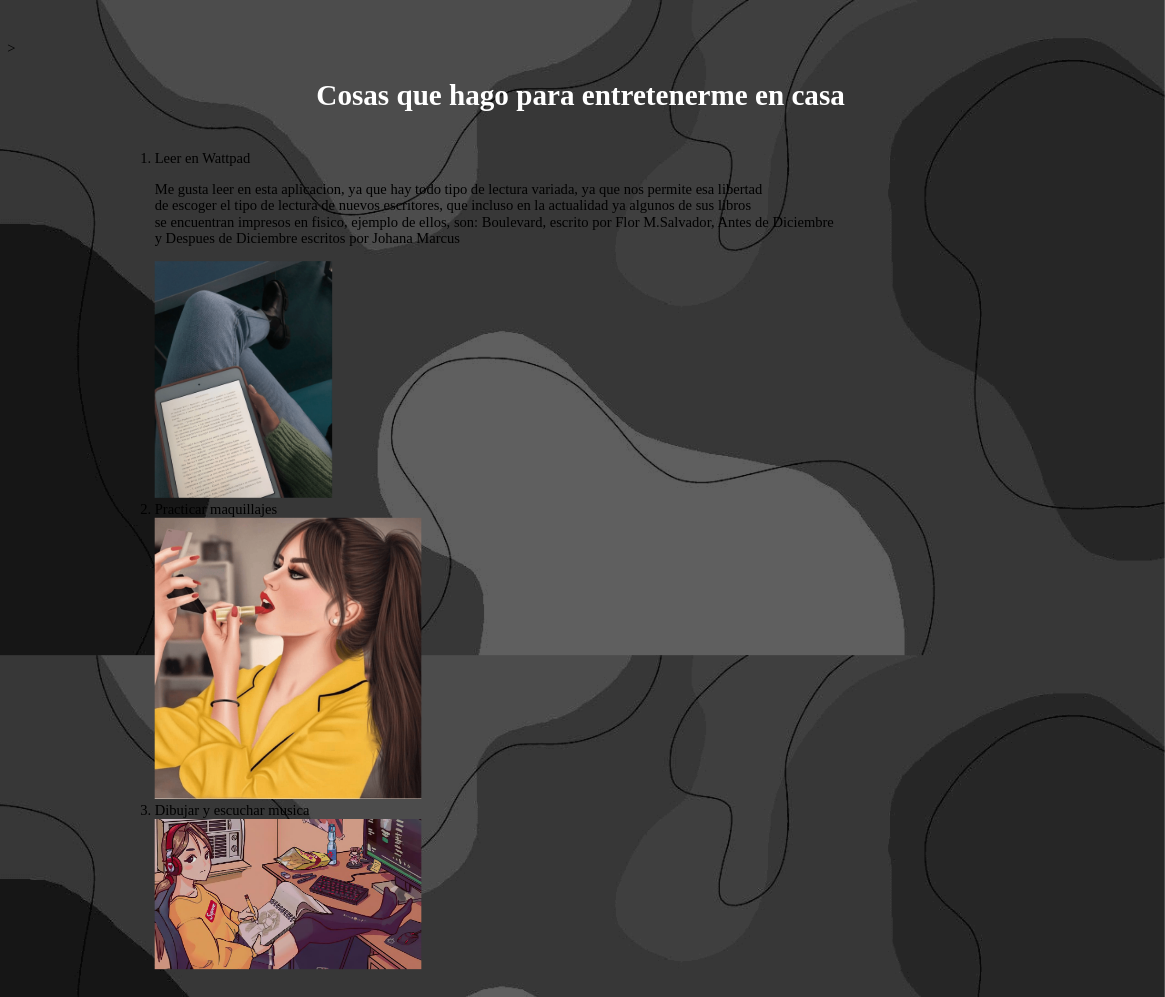
Repository: darlyn-saravia27/portafolio-darlynsaravia
Page: archivoshtml/entretenimiento.html
These files come from the project's save history. The page is drawn as it stood at one moment and after the next save; the edit follows.
The browser window is 1280 px wide. The pictures show the whole page, at 91% of full size.

Above is the page before, as saved 2023-03-05 03:50:45.

### archivoshtml/entretenimiento.html
<!DOCTYPE html>
<html lang="en">
<head>
    <meta charset="UTF-8">
    <meta http-equiv="X-UA-Compatible" content="IE=edge">
    <meta name="viewport" content="width=device-width, initial-scale=1.0">
    <title>Entretenimiento</title>
</head>
<body background="fondo.png">
    <table align="center">
        <tr>
            <td align="center" colspan="4"><h1><font color="white">Cosas que hago para entretenerme en casa
            </font></h1></td>
            <br>
            <br>
            <td></td>
        </tr>>
        <tr>
            <td>
                <ol type="1"><li>Leer en Wattpad</li>
                    <p>Me gusta leer en esta aplicacion, ya que hay todo tipo de lectura variada, ya que nos permite esa libertad<br>
                    de escoger el tipo de lectura de nuevos escritores, que incluso en la actualidad ya algunos de sus libros<br>
                    se encuentran impresos en fisico, ejemplo de ellos, son: Boulevard, escrito por Flor M.Salvador, Antes de Diciembre<br>
                    y Despues de Diciembre escritos por Johana Marcus</p>
                    <img src="Book.png" width="20%" height="20%">
                <li type="1">Practicar maquillajes</li>
                    <img src="art.png" width="30%" height="30%">
                <li type="1">Dibujar y escuchar musica</li>
                    <img src="dibujo.png" width="30%" height="30%">
                </ol>
            </td>

</body>
</html>

After the next save:
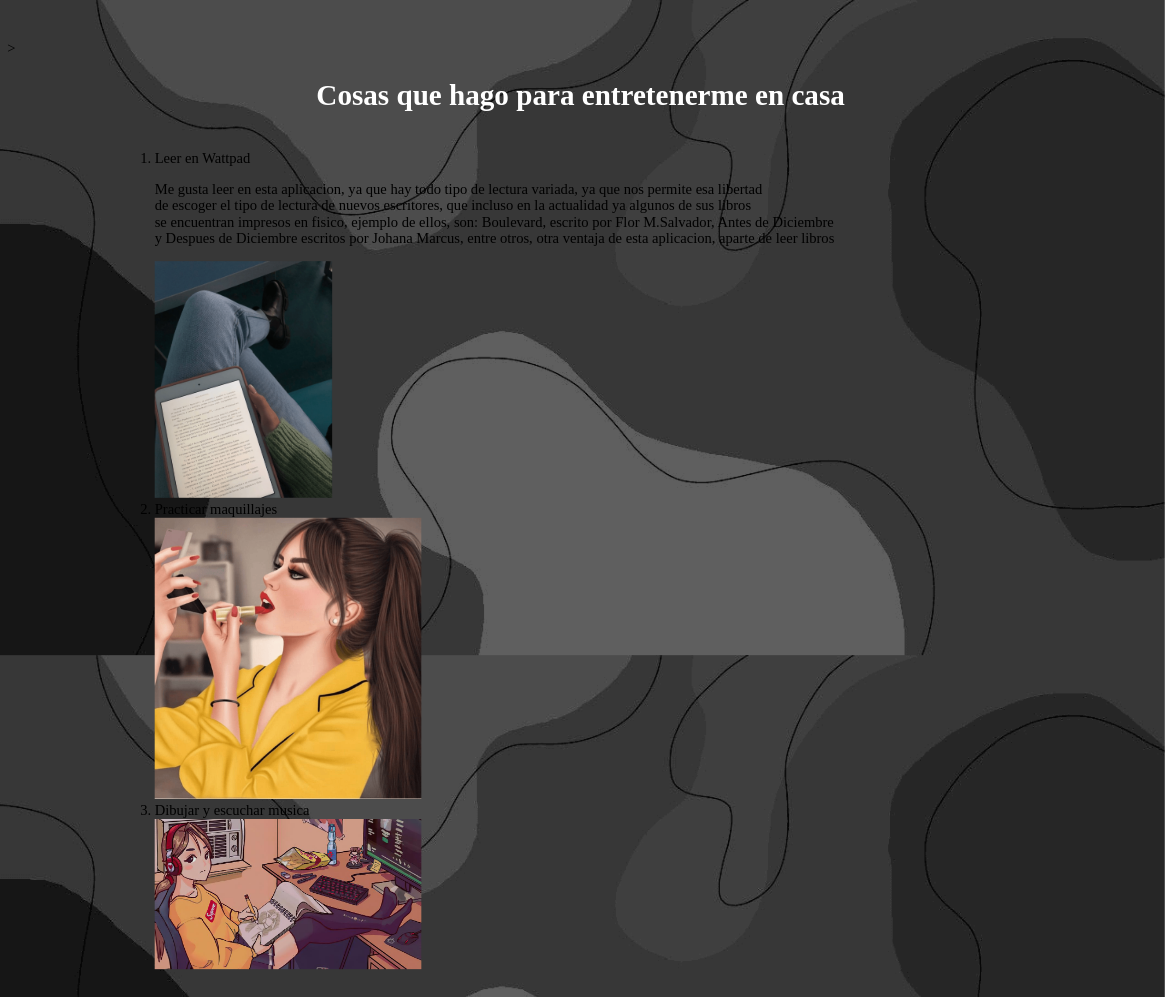
Saved 25 s later.
--- a/archivoshtml/entretenimiento.html
+++ b/archivoshtml/entretenimiento.html
@@ -21,7 +21,8 @@
                     <p>Me gusta leer en esta aplicacion, ya que hay todo tipo de lectura variada, ya que nos permite esa libertad<br>
                     de escoger el tipo de lectura de nuevos escritores, que incluso en la actualidad ya algunos de sus libros<br>
                     se encuentran impresos en fisico, ejemplo de ellos, son: Boulevard, escrito por Flor M.Salvador, Antes de Diciembre<br>
-                    y Despues de Diciembre escritos por Johana Marcus</p>
+                    y Despues de Diciembre escritos por Johana Marcus, entre otros, otra ventaja de esta aplicacion, aparte de leer libros<br>
+                    </p>
                     <img src="Book.png" width="20%" height="20%">
                 <li type="1">Practicar maquillajes</li>
                     <img src="art.png" width="30%" height="30%">
